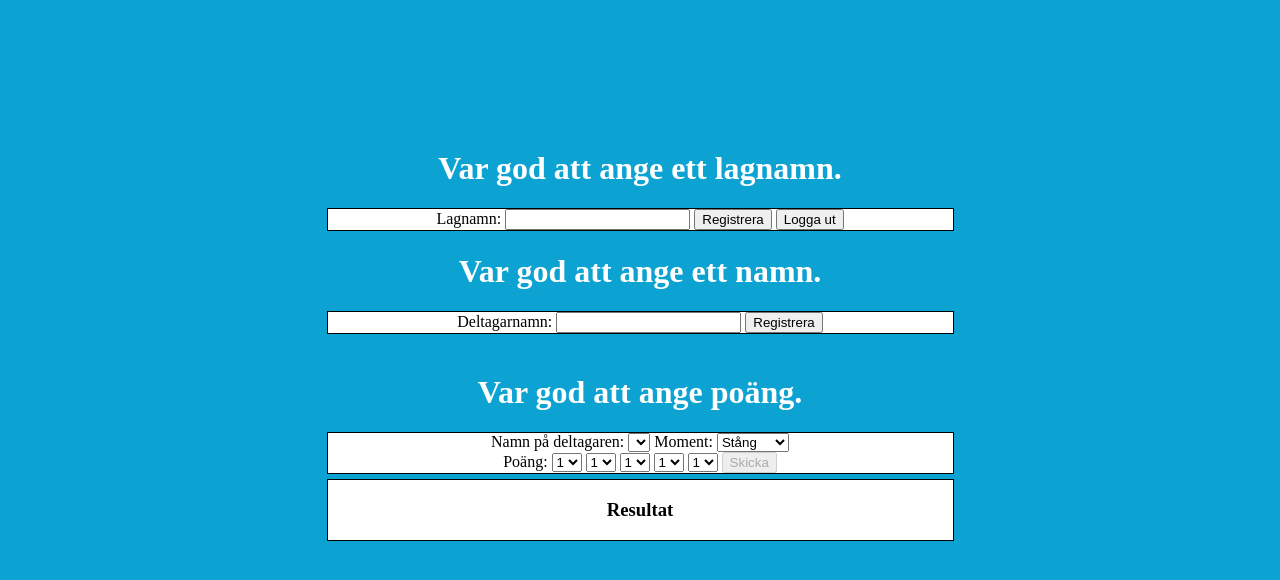
Repository: ms223uh/1dv404-tests
Page: www/logged.html
The author's editor kept a record of every edit. The page is drawn from the files as they stood at one moment, then again after the next edit.
The browser window is 1280 px wide. The pictures show the whole page.

Above is the page before.

After the next edit:
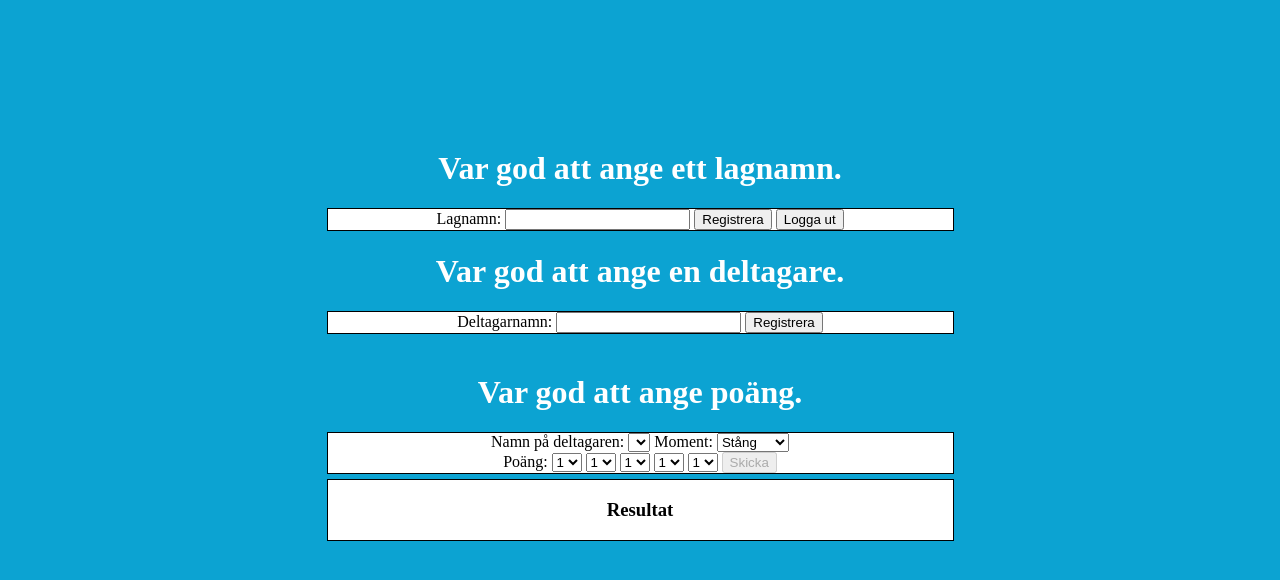
The edit:
--- a/www/logged.html
+++ b/www/logged.html
@@ -48,7 +48,7 @@
 
 
 
-<h1>Var god att ange ett namn.</h1>
+<h1>Var god att ange en deltagare.</h1>
 
 
    <div id="dataBox">
